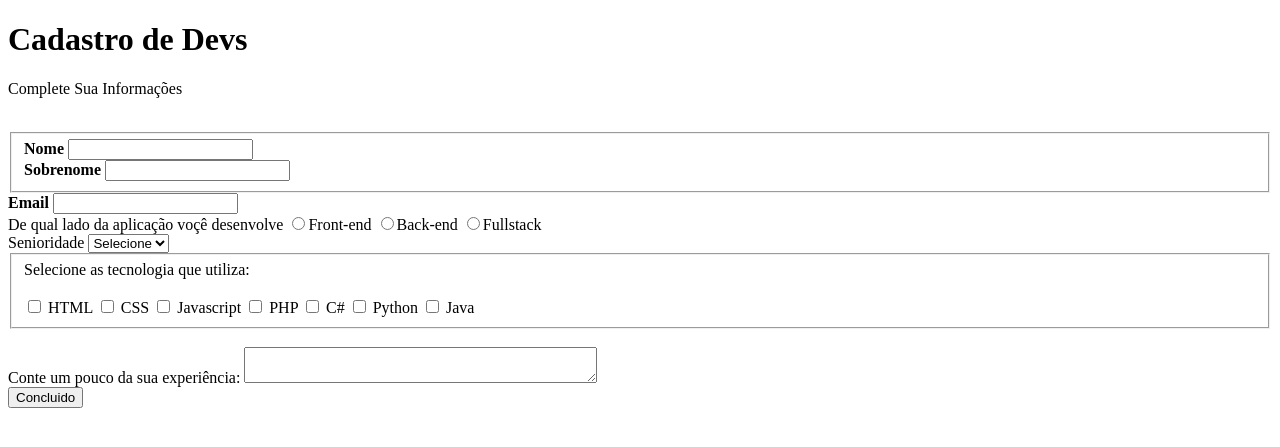
Repository: 2020francesco/formulario
Page: formulario.html
These files come from the project's save history. The page is drawn as it stood at one moment and after a run of saves; the edit follows.
The browser window is 1280 px wide. The pictures show the whole page.

Above is the page before, as saved 2021-04-20 12:21:59.

After the next 2 saves:
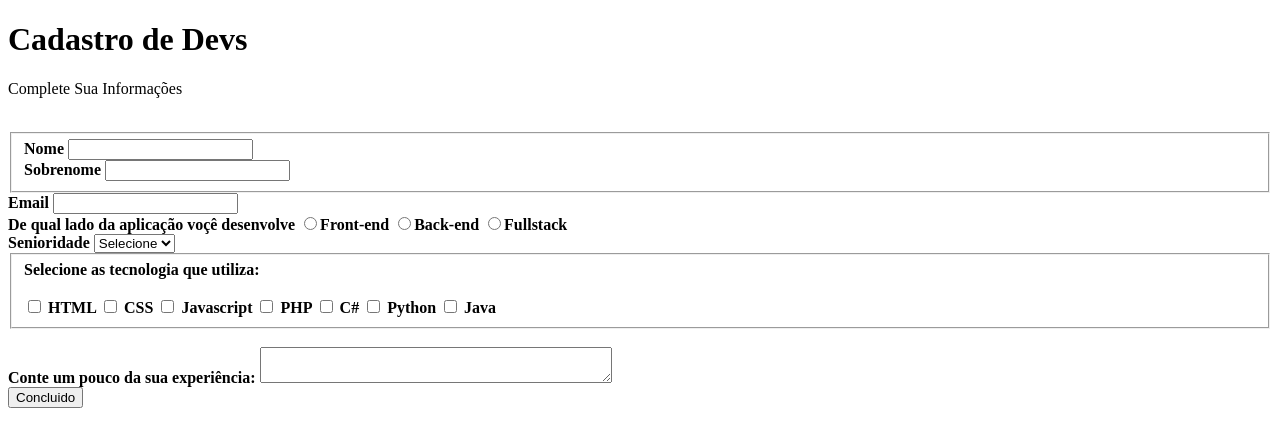
The 2 saves are shown as one change because they came seconds apart.
The last was saved 12 s later.
--- a/formulario.html
+++ b/formulario.html
@@ -33,7 +33,7 @@
       </div>
 
       <div>
-        <label>De qual lado da aplicação voçê desenvolve</label>
+        <label><strong>De qual lado da aplicação voçê desenvolve</label>
         <label>
           <input type="radio" name="devweb" value="frontend">Front-end
         </label>
